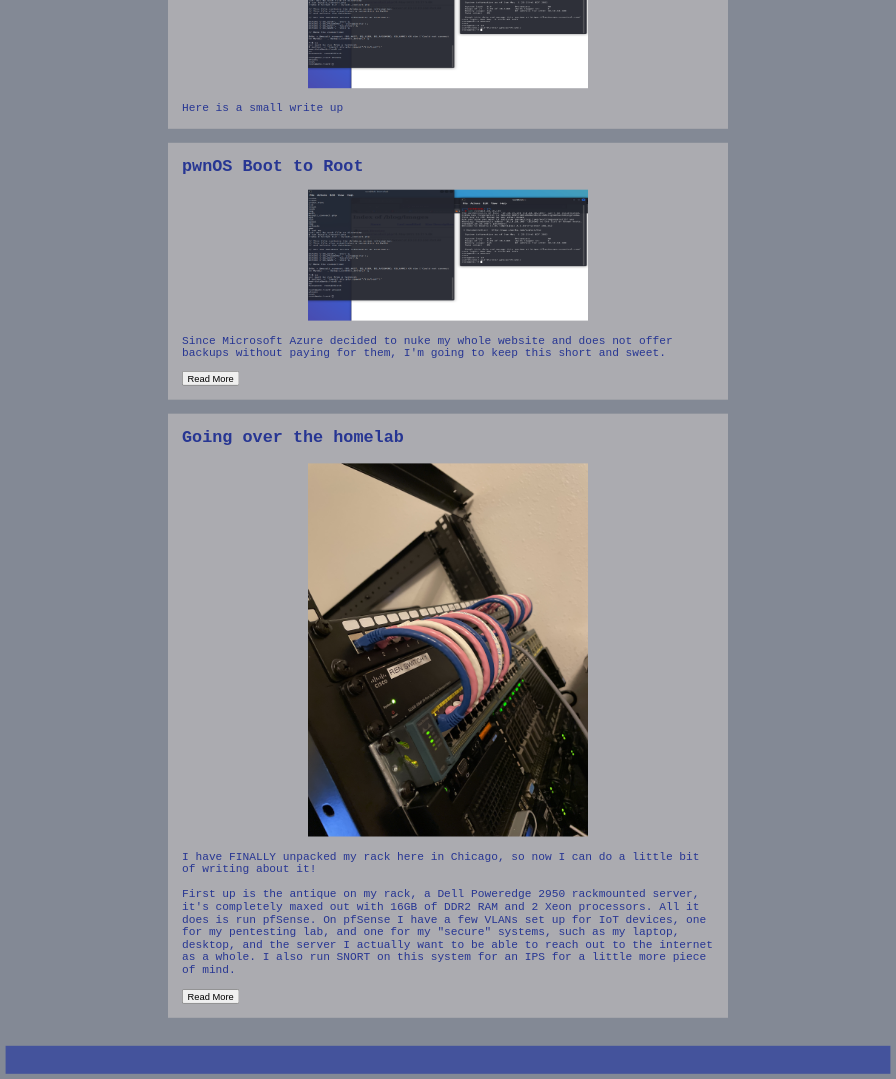
Repository: RennarDeer/RenDev
Page: index.html
The author's editor kept a copy of each file at every save. The page is drawn from the files as they stood at one save, then again after the next save.
The browser window is 1280 px wide. The pictures show the part of the page from y = 810 to 2730 px (the page is 2352 px tall before and 2730 px after), at 70% of full size.

Above is the page before, as saved 2023-02-18 18:48:37.

### index.html
<!DOCTYPE html>
<html>
  <head>
    <title>Rennar's Website</title>
    <link rel="stylesheet" type="text/css" href="style.css">

  </head>
  <body>
    <header>
      <h1>Ren's Dumb Website</h1>

    </header>
     <!-- "About" section -->
     <section id="about" class="intro">
        <!--Replace with your own image-->
        <center><img src="renpic.JPG"
            alt="RennarPicture" height=375px;>
        <h2 class="section-title">Hi, I'm Ren!</h2>
        <p>
            A little bit about myself, I'm Rennar, or Ren for short. I'm a 25 year old girl from North Dakota
            who is currently living in Chicago, Illinois. My hobbies are mainly focused on my home lab, and security research.
            <br><br>
            My other hobbies include a little bit of light gaming when I have the time, skateboarding, cooking, and photography.</center>
	</p>
    </section>
    <main>

        <article>
            <h2>OWASP IoT GOAT</h2>

            <img src="boot2root.png" alt="Boot2Root">

            Here is a small write up
          </article>
      <article>
        <h2>pwnOS Boot to Root</h2>

        <img src="boot2root.png" alt="Boot2Root">

        <p>Since Microsoft Azure decided to nuke my whole website and does not offer backups without
        paying for them, I'm going to keep this short and sweet.</p>

        <button id="read-more-btn">Read More</button>

        <div id="article-more" style="display: none;">

            <p>
        pwnOS 2.0 isn't known as a difficult box to break into, but it makes for a good starting out
        point for people new to CTFs. A quick rundown of this box is that it is a simple blog for a
        company, running a vulnerable version of SimplePHP. Executing a remote command to reset
        the admin password is a fairly simple perl script that comes with Kali Linux, after running it,
        you can log into the site.

            <br><br>

        This doesn't get you very far, but you'll be able to upload ANY file
        you would like. So naturally I set up netcat, uploaded and ran a reverse shell. After this its
        fairly trivial to find the root password in a config file the website owner left us, and now
        we can directly ssh into the box as root, completing this CTF.
        </p>
        <script src="readmore.js"></script>
        </article>
      <article>
        <h3>Going over the homelab</h3>

                        <img src="rackpic.JPG" alt="RensRack">

                        I have FINALLY unpacked my rack here in Chicago, so now I can do a little bit of writing about it!

                            <br><br>


                        First up is the antique on my rack, a Dell Poweredge 2950 rackmounted server, it's completely
                        maxed out with 16GB of DDR2 RAM and 2 Xeon processors. All it does is run pfSense. On pfSense
                        I have a few VLANs set up for IoT devices, one for my pentesting lab, and one for my "secure"
                        systems, such as my laptop, desktop, and the server I actually want to be able to reach out
                        to the internet as a whole. I also run SNORT on this system for an IPS for a little more piece
                        of mind.

                        <br><br>

                        <button id="read-more-btn">Read More</button>

                        <div id="article-more" style="display: none;">

                            <p>
                        The more modern server is my Dell r820, running ESXI 6.7, on which I have my pentesting lab,
                        along with a samba server, and in the future will probably run this website once I'm more confident
                        in my webdev skills! In fact, you may be accessing this webpage running on that server right now and
                        I just haven't updated the website yet to tell you guys! Other things that run on this server are a
                        couple of Kali boxes, along with some vulnerable machines to toy around with in my free time without
                        clogging up my laptop's storage with virtual machines.

                            <br><br>

                        Last but not least is my two cisco switches, one 2960x and an sg300. Not much to be said about these,
                        while I am familiar with the Cisco ecosystem from 2 years of Cisco networking class, I did not feel
                        the need to set up much on them past the initial changing passwords, due to pfSense pretty much handling
                        everything. The SG300 is set up to actually access the internet, while the 2960x is only an internal
                        network, and runs my pentesting lab.

                            <br><br>

                        That about sums it up, in the future I plan on setting up a PLEX server on the r820, along with expanding
                        the storage to store media files and have a proper RAID config instead of the current RAID0 array (this is
                        simply due to limitations on how much money I can throw at 2.5" SAS drives and SSD's). Hopefully this was
                        interesting, and I will keep this updated as I add new things and new services to my ecosystem!
                            </p>

                            <script src="readmore.js"></script>

            </article>
    </main>
    <footer>
    </footer>
  </body>
</html>

### style.css
body {
    background-color: #838995;
    color: #273693;
    font-family: "Courier New", Courier, monospace;
    font-size: 16px;
  }

  header {
    background-color: #44539c;
    color: #ababb0;
    padding: 20px;
    display: flex;
    justify-content: space-between;
    align-items: center;
  }

  nav ul {
    list-style: none;
    margin: 0;
    padding: 0;
    display: flex;
  }

  nav ul li {
    margin: 0 10px;
  }

  nav ul li a {
    color: #ababb0;
    text-decoration: none;
  }

  main {
    max-width: 800px;
    margin: 0 auto;
    padding: 20px;
  }

  article {
    background-color: #ababb0;
    padding: 20px;
    margin-bottom: 20px;
  }

  article h2 {
    color: #273693;
    font-size: 24px;
    margin-top: 0;
  }

  article img {
    display: block;
    margin: 20px auto;
    width: 400px;
    height: auto;
  }

  article h3 {
    color: #273693;
    font-size: 24px;
    margin-top: 0;
  }

  article img {
    display: block;
    margin: 20px auto;
    width: 400px;
    height: auto;
  }

  footer {
    background-color: #44539c;
    color: #ababb0;
    padding: 20px;
    text-align: center;
  }

### readmore.js
var readMoreBtn = document.getElementById("read-more-btn");
var articleMore = document.getElementById("article-more");

readMoreBtn.addEventListener("click", function() {
    if (articleMore.style.display === "none") {
        articleMore.style.display = "block";
        readMoreBtn.innerText = "Read Less";
    } else {
        articleMore.style.display = "none";
        readMoreBtn.innerText = "Read More";
    }
});

After the next save:
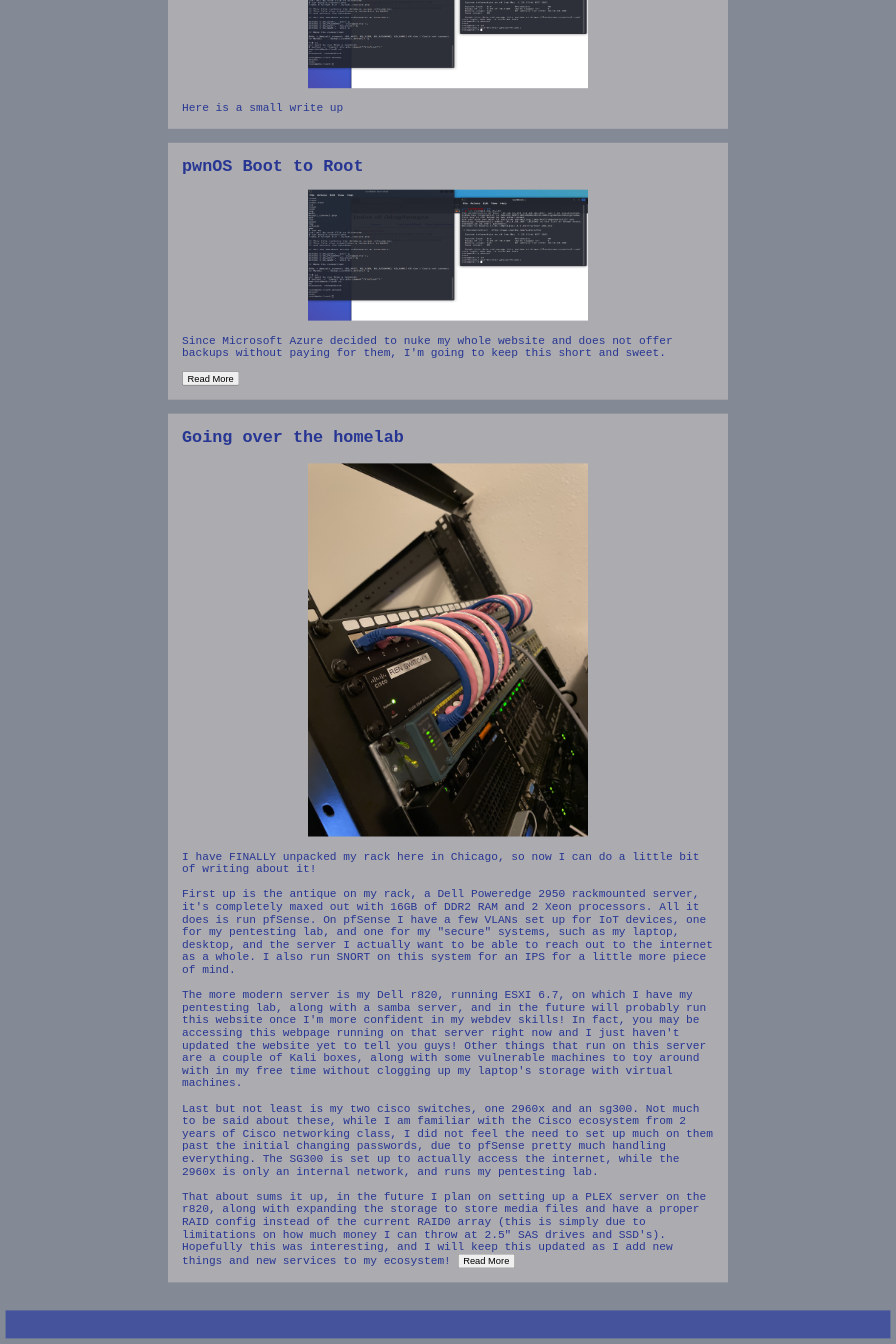
Saved 17 days later.
--- a/index.html
+++ b/index.html
@@ -79,11 +79,6 @@
 
                         <br><br>
 
-                        <button id="read-more-btn">Read More</button>
-
-                        <div id="article-more" style="display: none;">
-
-                            <p>
                         The more modern server is my Dell r820, running ESXI 6.7, on which I have my pentesting lab,
                         along with a samba server, and in the future will probably run this website once I'm more confident
                         in my webdev skills! In fact, you may be accessing this webpage running on that server right now and
@@ -105,9 +100,8 @@
                         the storage to store media files and have a proper RAID config instead of the current RAID0 array (this is
                         simply due to limitations on how much money I can throw at 2.5" SAS drives and SSD's). Hopefully this was
                         interesting, and I will keep this updated as I add new things and new services to my ecosystem!
-                            </p>
 
-                            <script src="readmore.js"></script>
+                        <button onclick="readMore(this)">Read More</button>
 
             </article>
     </main>
